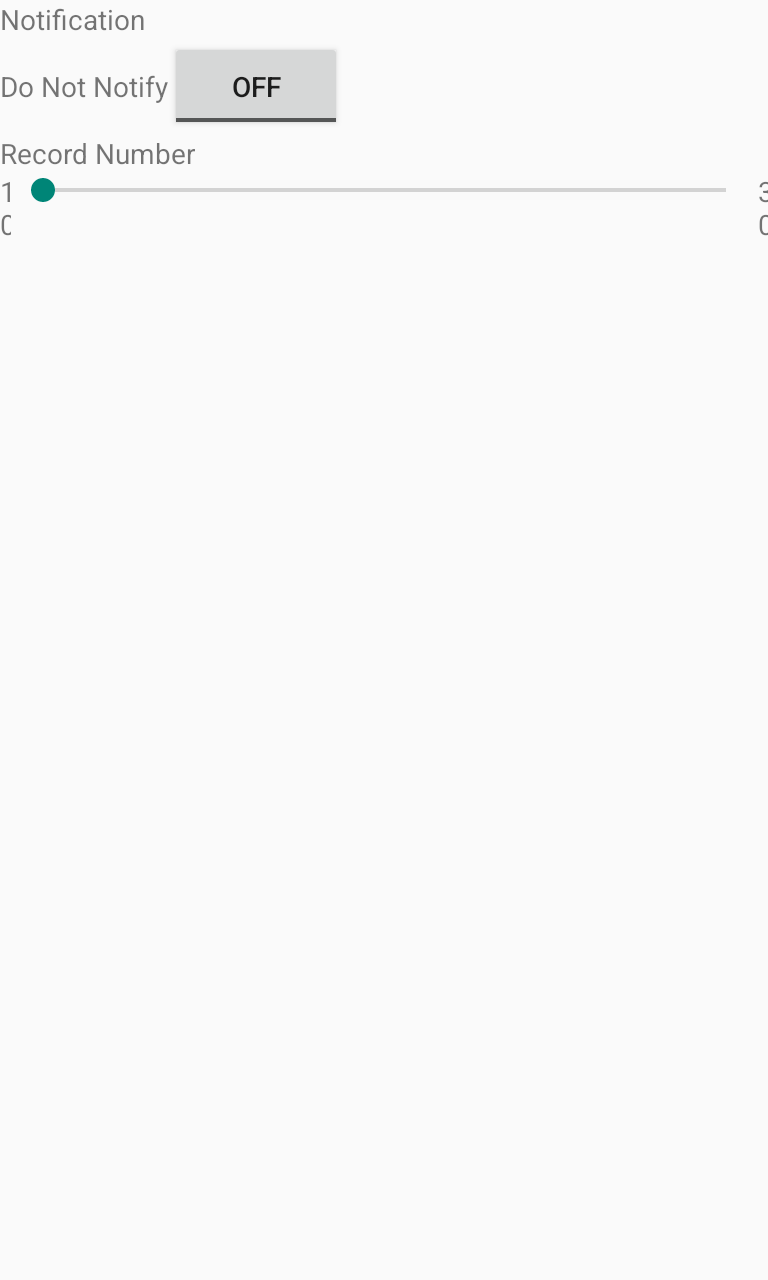
Repository: GitDidNotExitCleanly/AndroidTimer
Layout: G54MDP_Stopwatch/res/layout/fragment_settings.xml
An editor plug-in stored every save of this project. The layout is shown before and after the next save, followed by the edit.
It is drawn on a 768 x 1280 px phone screen (xhdpi) without system bars, with theme AppTheme; the app's code is not run.

Above is the layout before, as saved 2015-03-07 13:05:58.

After the next save:
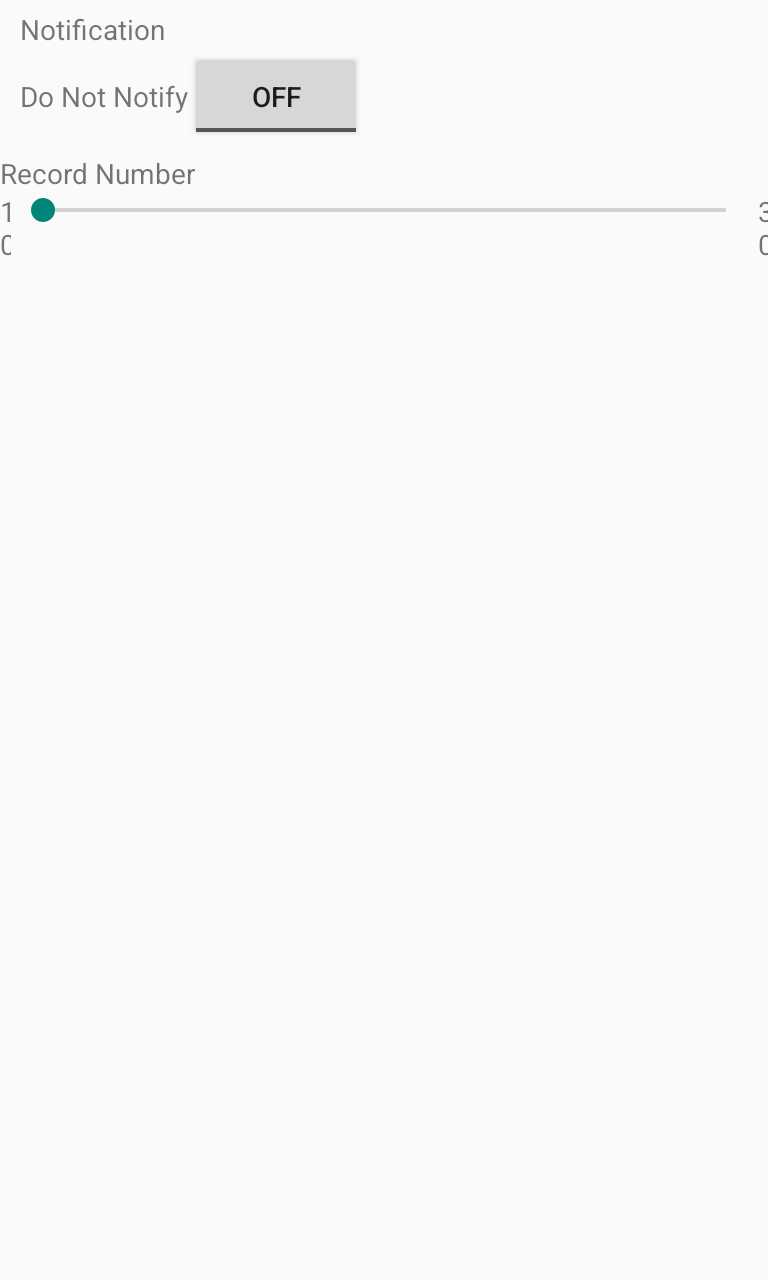
Saved 104 s later.
--- a/G54MDP_Stopwatch/res/layout/fragment_settings.xml
+++ b/G54MDP_Stopwatch/res/layout/fragment_settings.xml
@@ -7,7 +7,11 @@
     <LinearLayout
         android:layout_width="match_parent"
         android:layout_height="wrap_content"
-        android:orientation="vertical" >
+        android:orientation="vertical"
+        android:layout_marginTop="5dp"
+        android:layout_marginBottom="5dp"
+        android:layout_marginLeft="10dp"
+        android:layout_marginRight="10dp" >
 
         <TextView
             android:layout_width="wrap_content"
